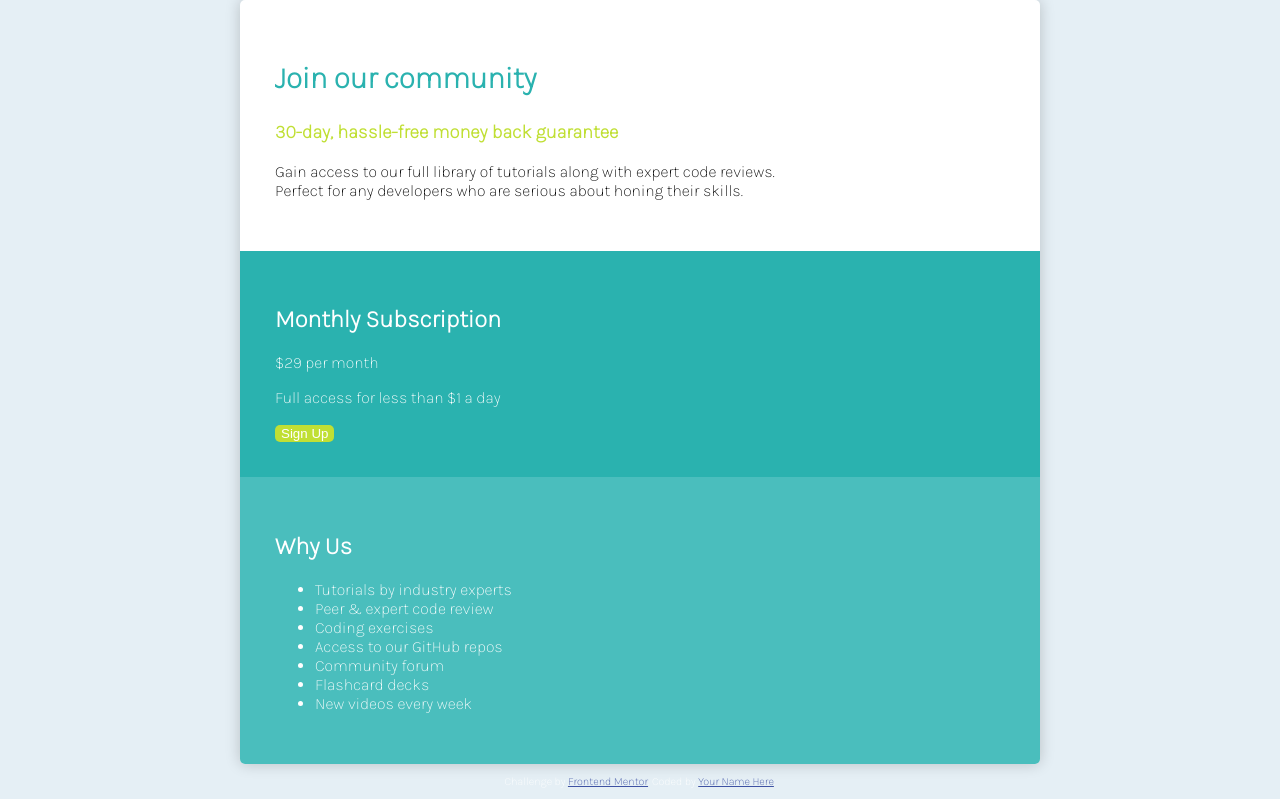
Repository: jminervino/PriceGridComponent
Page: index.html
These files come from the project's save history. The page is drawn as it stood at one moment and after the next save; the edit follows.
The browser window is 1280 px wide. The pictures show the whole page.

Above is the page before, as saved 2022-02-08 13:38:59.

After the next save:
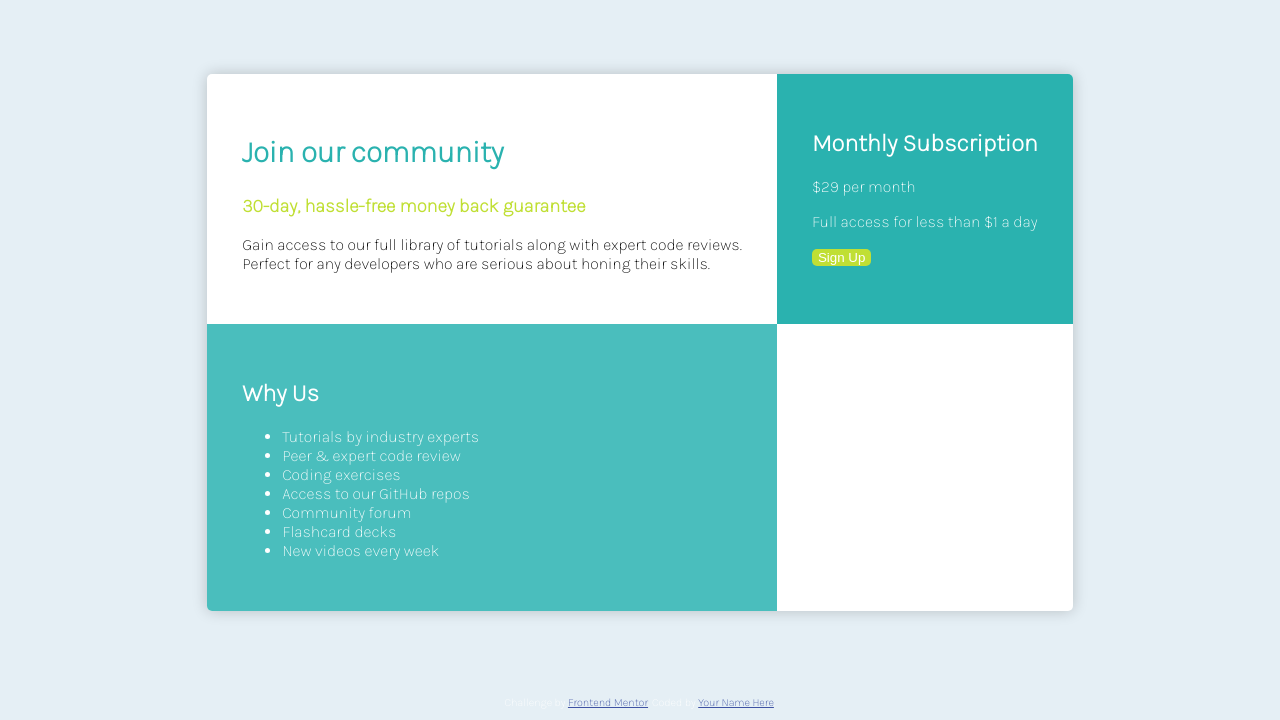
Saved 21 s later.
--- a/style.css
+++ b/style.css
@@ -21,6 +21,7 @@
     min-width: 800px;
     margin: auto;
     display: grid;
+    grid-template-columns: auto auto;
     box-shadow: 0px 0px 15px rgba(0, 0, 0, 0.2);
     border-radius: 5px;
     overflow: hidden;
